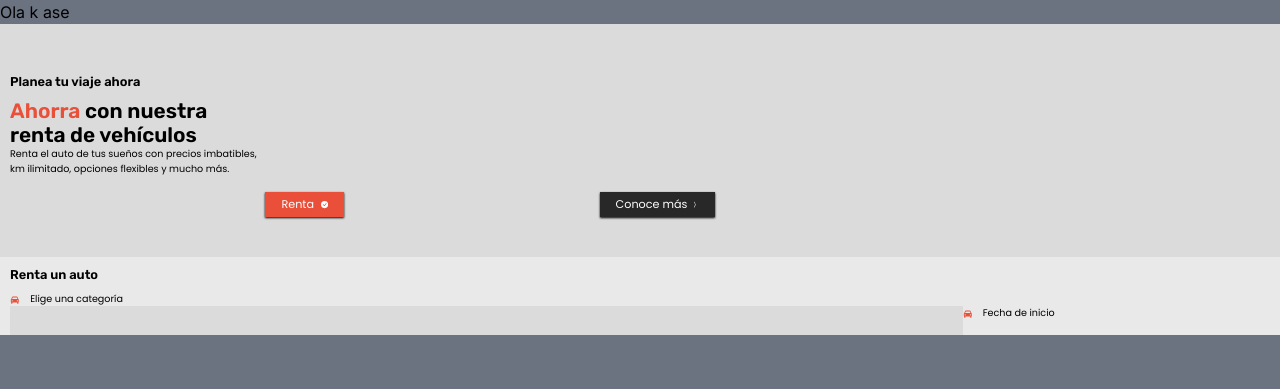
Repository: aldovelacasas/PF_RentCar2
Page: /homePage
The author's editor kept a copy of each file at every save. The page is drawn from the files as they stood at one save, then again after the next save.
The browser window is 1280 px wide. The pictures show the whole page.
The project was rebuilt for these pictures with package versions that can differ from the ones it lists, and the page was loaded fresh each time. Some packages were replaced by stand-ins written for this rebuild. The framework's server and built-in components were replaced by stand-ins that run in the browser. Also part of the build but not shown: next.config.js.

Above is the page before, as saved 2023-08-29 19:55:13.

### src/app/layout.jsx
import "./globals.css";
import { Inter } from "next/font/google";

const inter = Inter({ subsets: ["latin"] });

export const metadata = {
  title: "Create Next App",
  description: "Generated by create next app",
};

export default function RootLayout({ children }) {
  return (
    <html lang="en">
      <body className={inter.className}>
        <h1>Ola k ase</h1>
        <div className="h-[calc(100vh-5rem)]">{children}</div>
      </body>
    </html>
  );
}

### src/app/homePage/page.jsx
import { Rubik, Poppins } from "next/font/google";
import { BsChevronCompactRight, BsCheckCircleFill } from "react-icons/bs";
import { BiSolidCar } from "react-icons/bi";

const fontRubik = Rubik({
  weight: "600",
  subsets: ["latin"],
});

const fontPoppins = Poppins({
  weight: "400",
  subsets: ["latin"],
});
const poppins = fontPoppins.className;
const rubik = fontRubik.className;

function HomePage() {
  return (
    <>
      <header className={`bg-gris_fondo ${rubik} space-y-0 space-x-2.5`}>
        <p className={`pt-12 ml-2.5 text-[0.8em] mb-2`}>
          Planea tu viaje ahora
        </p>
        <p className="text-[1.3em]  leading-6">
          <span className="text-naranja_enf">Ahorra </span>
          con nuestra
        </p>
        <p className="text-[1.3em] leading-6">renta de vehículos</p>
        <p className={`${poppins} text-[0.6em] mt-2`}>
          Renta el auto de tus sueños con precios imbatibles,
        </p>
        <p className={`${poppins} text-[0.6em] pb-4`}>
          km ilimitado, opciones flexibles y mucho más.
        </p>
        <div className="flex place-content-evenly w-3/4 mt-3 pb-10">
          <button
            className={`bg-naranja_enf text-white text-[0.7em] px-4 py-1 ${poppins} shadow-sm shadow-black hover:shadow-md hover:shadow-black active:shadow-inner active:shadow-black`}>
            Renta <BsCheckCircleFill className="inline pl-1" />
          </button>
          <button
            className={`bg-negro_fondo text-white text-[0.7em] px-4 py-1 ${poppins} shadow-sm shadow-black hover:shadow-md hover:shadow-black active:shadow-inner active:shadow-black`}>
            Conoce más
            <BsChevronCompactRight className="inline pl-1 stroke-slate-100 pr-0 mr-0" />
          </button>
        </div>
      </header>
      <form className={`pt-2 ${poppins} text-[0.6em] pl-2.5 bg-gris_frente`}>
        <p className={`text-[0.8rem] ${rubik} mb-2`}>Renta un auto</p>
        <label htmlFor="categoria" className="">
          <BiSolidCar className="inline text-naranja_enf mr-2" /> Elige una
          categoría
        </label>
        <br />
        <input className="bg-gris_fondo w-3/4" name="categoría" />
        <label htmlFor="fechaInicio" className="">
          <BiSolidCar className="inline text-naranja_enf mr-2" /> Fecha de
          inicio
        </label>
        <br />
        <input className="bg-gris_fondo w-3/4" name="fechaInicio" />
      </form>
    </>
  );
}

export default HomePage;

### src/app/api/products/[id]/route.js
import { NextResponse } from "next/server";
import {conn} from "@/libs/mysql"

export async function GET(request,{params}){
  try {
    const result = await conn.query("SELECT * FROM product WHERE id = ?", [params.id])
    if(result.length === 0 ){
        return NextResponse.json(
         {
            message: "producto no encontrado",
         },
         {
            status:404,
         }
        );
    }
    return NextResponse.json(result[0])
  } catch (error) {
    return NextResponse.json(
        {
            message:error.message,
        },
        {status: 500}
    )
  }
}

export async function DELETE (request,{params} ){
    try {
     const result = await conn.query("DELETE FROM product WHERE id = ?", [params.id]);
     if(result.affectedRows === 0){
         return NextResponse.json({message:"Producto no encontrado"},{status:404})
     }

     return new Response (null, {status: 204})
 } catch (error) {
     return NextResponse.json({message:error.message},{status:500})
 }
    }

export async  function PUT(request, {params}){
   try {
    const data = await request.json()
    const result = await conn.query("UPDATE product SET ? WHERE id = ?", [data , params.id])

    if (result.affectedRows === 0) {
        return NextResponse.json(
        {
            message: "producto no encontrado",
        },
        {
            status: 400,
        }
        )
    }
     const updateProduct = await conn.query("SELECT * FROM product WHERE id = ?", [params.id])

  return NextResponse.json(updateProduct[0])

   } catch (error) {
    return NextResponse.json(
        {
            message: error.message,
        },
        { status: 500}
    )
   }
}

### src/app/api/products/route.js
import { NextResponse } from "next/server";
import {conn} from "@/libs/mysql";

export async function GET(){
    try {
        const results = await conn.query("SELECT * FROM product");
        return NextResponse.json(results)

    } catch (error) {
        return NextResponse.json(
        {
          message: error.message,
        },
        {
            status:500,
        }

        );
    }
}

    export async function POST (request) {
  try {
    const {name, price, year, model, capacity, type, description, image, transmission,  }= await request.json();

    const result  = await conn.query("INSERT INTO product SET ?", {
        name,
        price,
        year,
        model,
        capacity,
        type,
        transmission,
        image,
        description

    })

    return NextResponse.json({
        name,
        price,
        year,
        model,
        capacity,
        type,
        transmission,
        image,
        description,
        id: result.insertId,

    })

  } catch (error) {
    console.log(error);
    return NextResponse.json(
    {
        message: error.message,
    },
    {
        status:500,
    }
    );
  }

}

### src/app/globals.css
@tailwind base;
@tailwind components;
@tailwind utilities;

body {
   @apply bg-gray-500; /* Fondo más claro */
   color: gray-800; /* Texto oscuro */
}

### tailwind.config.js
/** @type {import('tailwindcss').Config} */
module.exports = {
  content: [
    "./src/pages/**/*.{js,ts,jsx,tsx,mdx}",
    "./src/components/**/*.{js,ts,jsx,tsx,mdx}",
    "./src/app/**/*.{js,ts,jsx,tsx,mdx}",
  ],
  theme: {
    extend: {
      backgroundImage: {
        "gradient-radial": "radial-gradient(var(--tw-gradient-stops))",
        "gradient-conic":
          "conic-gradient(from 180deg at 50% 50%, var(--tw-gradient-stops))",
      },
      colors: {
        gris_fondo: "#dbdbdb",
        gris_frente: "#e9e9e9",
        negro_fondo: "#282828",
        naranja_enf: "#ea4f39",
        rojo_status: "#e30613",
        verde_status: "#4aaf4d",
        amarillo_status: "#f0e400",
      },
    },
  },
  plugins: [],
};

Loaded but not shown: src/app/api/bookings/[id]/route.js (no copy from this time; the picture is the same without it); src/app/api/bookings/route.js (no copy from this time; the picture is the same without it); src/app/api/create-payment-intent/route.js (no copy from this time; the picture is the same without it); src/app/api/post/[id]/route.js (no copy from this time; the picture is the same without it); src/app/api/post/route.js (no copy from this time; the picture is the same without it); src/app/api/users/[id]/route.js (no copy from this time; the picture is the same without it); src/app/api/users/route.js (no copy from this time; the picture is the same without it)

After the next save:
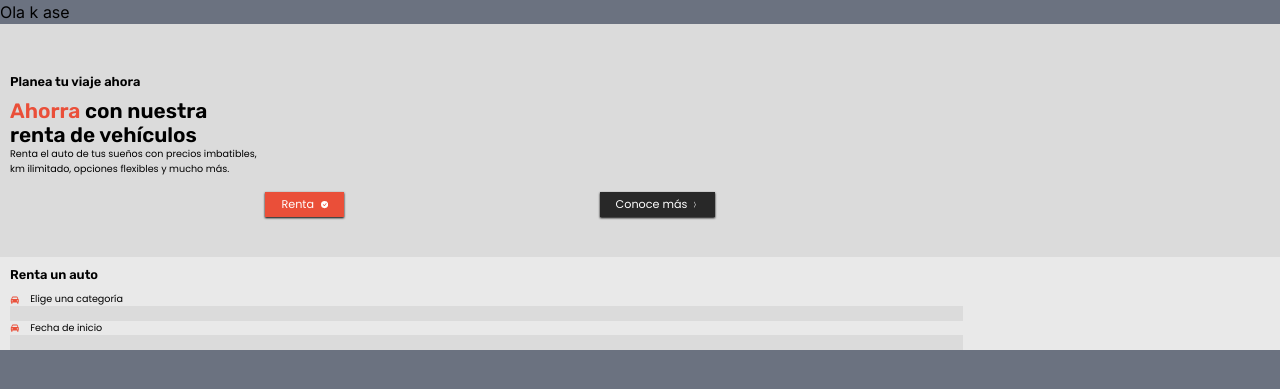
Saved 11 s later.
--- a/src/app/homePage/page.jsx
+++ b/src/app/homePage/page.jsx
@@ -51,7 +51,7 @@ function HomePage() {
           categoría
         </label>
         <br />
-        <input className="bg-gris_fondo w-3/4" name="categoría" />
+        <input className="bg-gris_fondo w-3/4" name="categoría" /> <br />
         <label htmlFor="fechaInicio" className="">
           <BiSolidCar className="inline text-naranja_enf mr-2" /> Fecha de
           inicio
